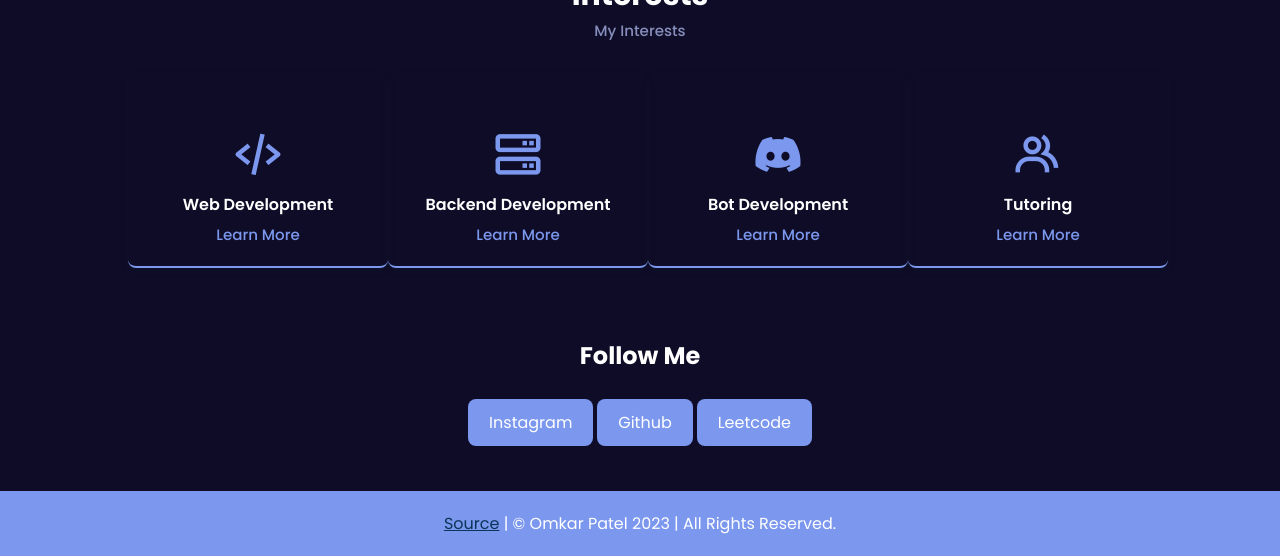
Repository: omkarxpatel/Omkar-Portfolio
Page: src/index.html
These files come from the project's save history. The page is drawn as it stood at one moment and after a run of saves; the edit follows.
The browser window is 1280 px wide. The pictures show the part of the page from y = 2098 to 3050 px (the page is 2654 px tall before and 3050 px after).
A picture or video elsewhere on the page could not be fetched, so the positions and the page height are approximate.

Above is the page before, as saved 2023-03-25 18:02:50.

After the next 2 saves:
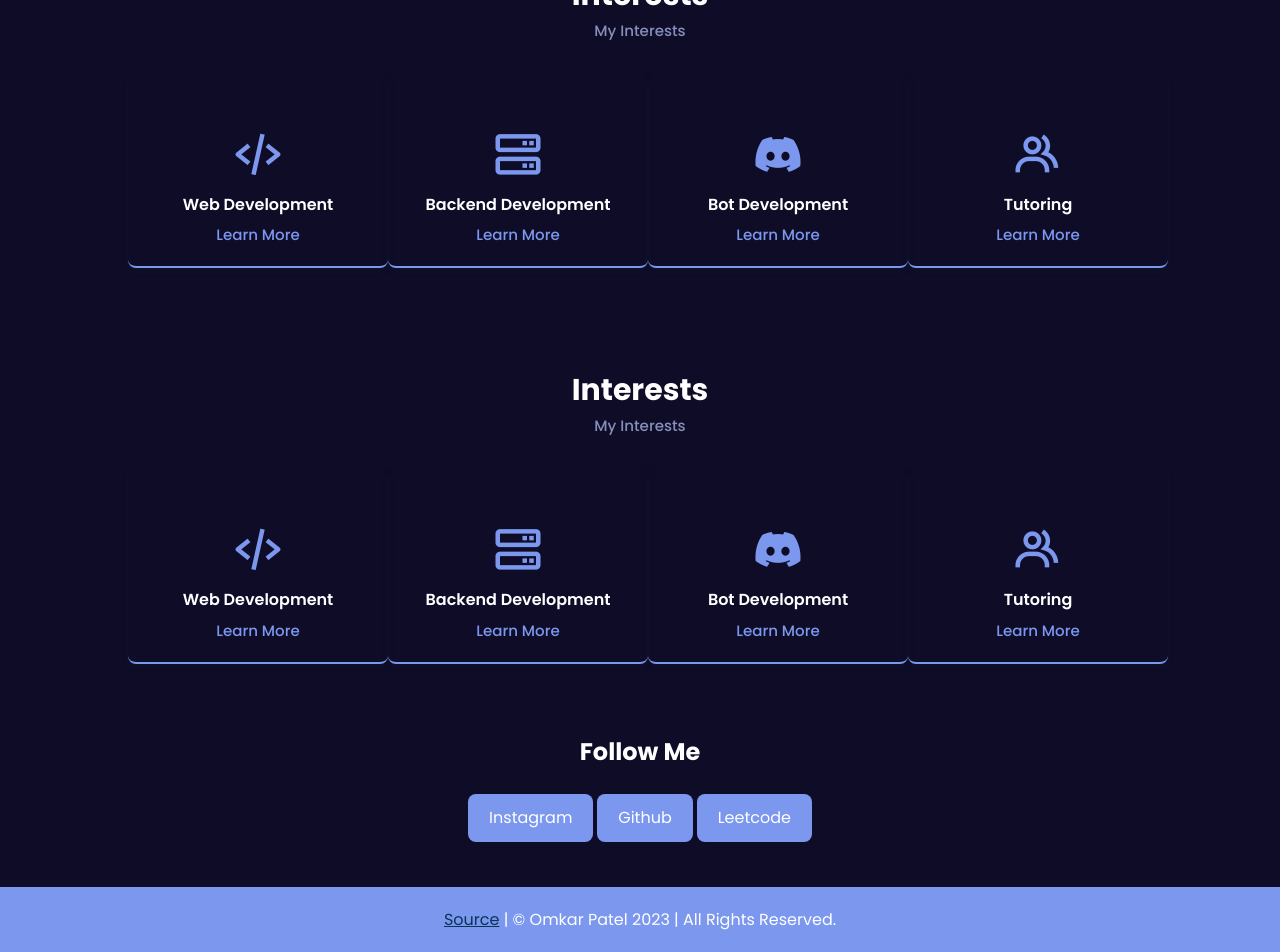
The 2 saves are shown as one change because they came seconds apart.
The last was saved 9 s later.
--- a/src/index.html
+++ b/src/index.html
@@ -240,7 +240,40 @@
                             </div>
                             </section> -->
 <!-- Contact Section End -->
-<!---->
+<!-- Following Section Start-->
+
+<section class="interests" id="interests">
+    <div class="heading">
+        <h2>Interests</h2>
+        <span>My Interests</span>
+    </div>
+    <div class="interests-content">
+
+        <div class="interests-box">
+            <i class='bx bx-code-alt'></i>
+            <h3>Web Development</h3>
+            <a href="#skills">Learn More</a>
+        </div>
+
+        <div class="interests-box">
+            <i class='bx bx-server'></i>
+            <h3>Backend Development</h3>
+            <a href="#skills">Learn More</a>
+        </div>
+
+        <div class="interests-box">
+            <i class='bx bxl-discord-alt'></i>
+            <h3>Bot Development</h3>
+            <a href="#skills">Learn More</a>
+        </div>
+
+        <div class="interests-box">
+            <i class='bx bx-group'></i>
+            <h3>Tutoring</h3>
+            <a href="#skills">Learn More</a>
+        </div>
+    </div>
+</section>
 <div class="footer">
     <h2>Follow Me</h2>
     <div class="footer-social">
